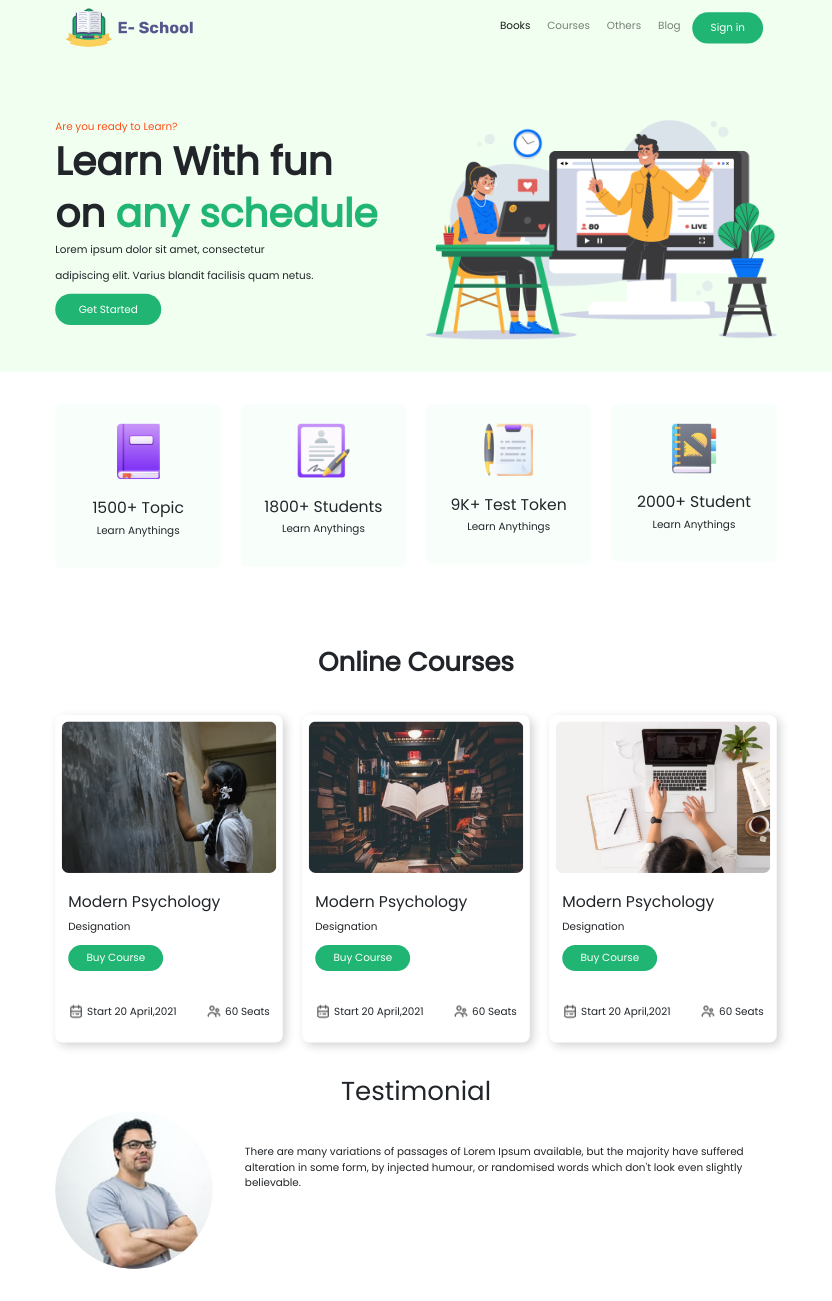
Repository: mohsinfarabi/e-school
Page: index.html
An editor plug-in stored every save of this project. The page is shown before and after the next save, followed by the edit.
The browser window is 1280 px wide. The pictures show the whole page, at 65% of full size.

Above is the page before, as saved 2020-07-09 19:06:29.

After the next save:
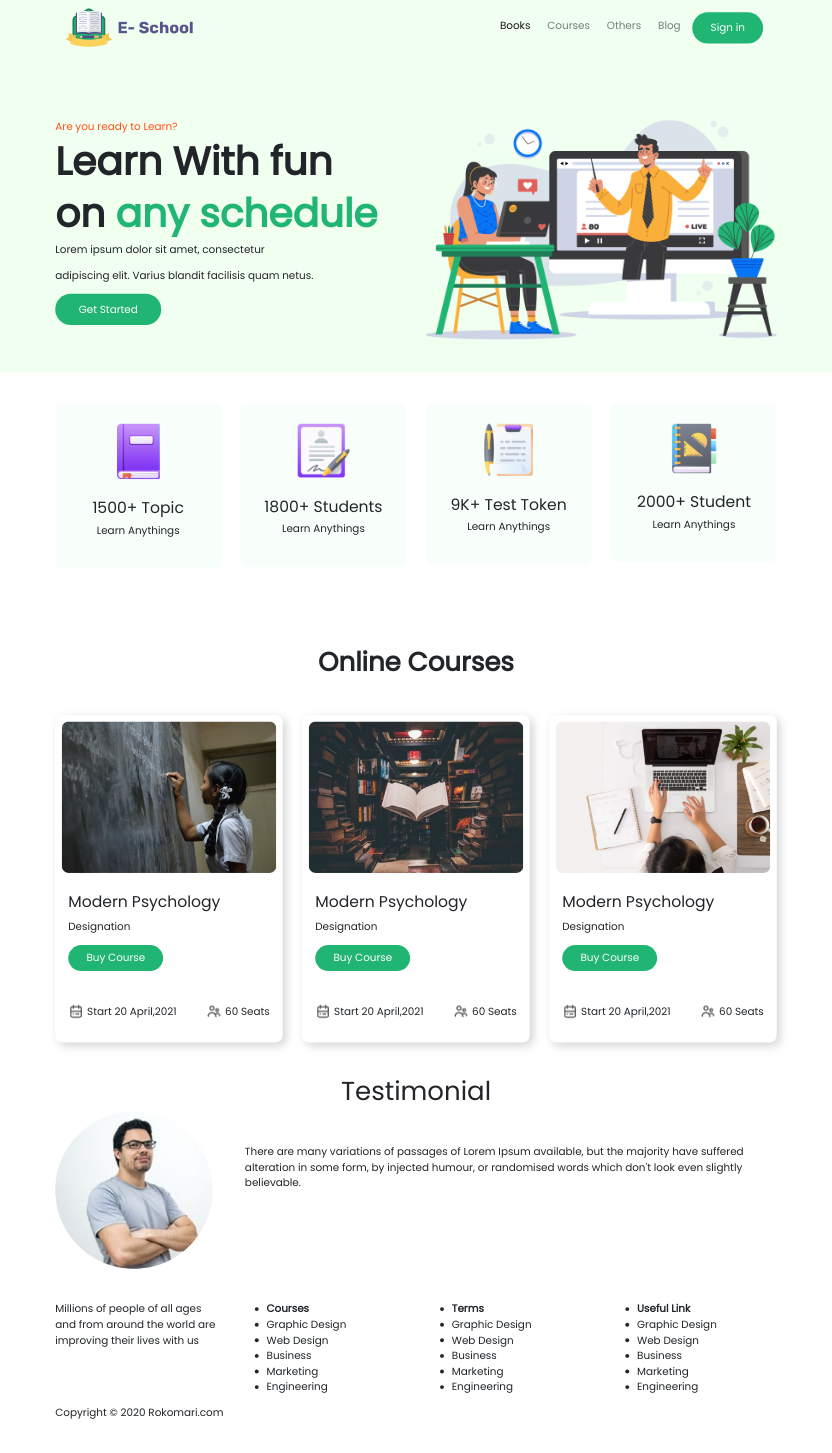
Saved 9 min 0 s later.
--- a/index.html
+++ b/index.html
@@ -182,6 +182,48 @@
         </div>
     </div>
 
+    <div class="container last-part">
+        <div class="row footer-row">
+            <div class="col-md-3">
+                <p>Millions of people of all ages and from around the world are improving their lives with us</p>
+            </div>
+            <div class="col-md-3">
+                <ul>
+                    <li><b>Courses</b></li>
+                    <li>Graphic Design</li>
+                    <li>Web Design</li>
+                    <li>Business</li>
+                    <li>Marketing</li>
+                    <li>Engineering</li>
+                </ul>
+            </div>
+            <div class="col-md-3">
+                <ul>
+                    <li><b>Terms</b></li>
+                    <li>Graphic Design</li>
+                    <li>Web Design</li>
+                    <li>Business</li>
+                    <li>Marketing</li>
+                    <li>Engineering</li>
+                </ul>
+            </div>
+            <div class="col-md-3">
+                <ul>
+                    <li><b>Useful Link</b></li>
+                    <li>Graphic Design</li>
+                    <li>Web Design</li>
+                    <li>Business</li>
+                    <li>Marketing</li>
+                    <li>Engineering</li>
+                </ul>
+            </div>
+        </div>
+        <footer>
+            <p class="footer">Copyright © 2020 Rokomari.com</p>
+        </footer>
+    </div>
+
+
 
 
 
